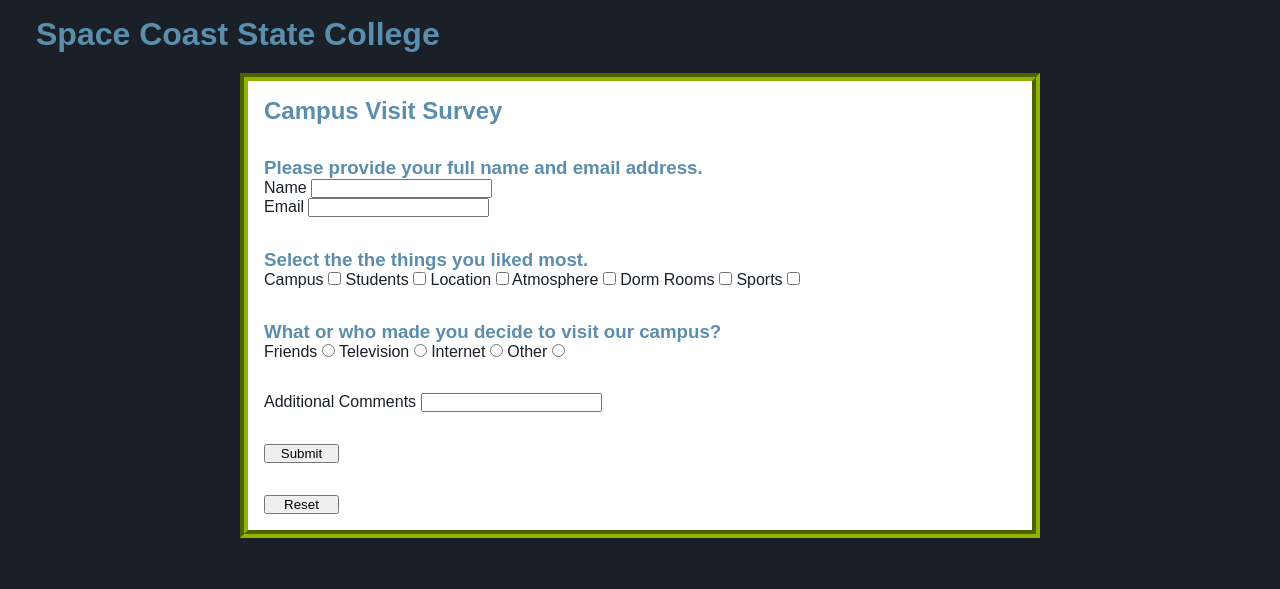
Repository: mlmEFSC21/P2-University-Form
Page: index.html
An editor plug-in stored every save of this project. The page is shown before and after the next save, followed by the edit.
The browser window is 1280 px wide. The pictures show the whole page.
Some web fonts or font styles are not loaded; a fallback is used.

Above is the page before, as saved 2022-01-29 19:11:29.

After the next save:
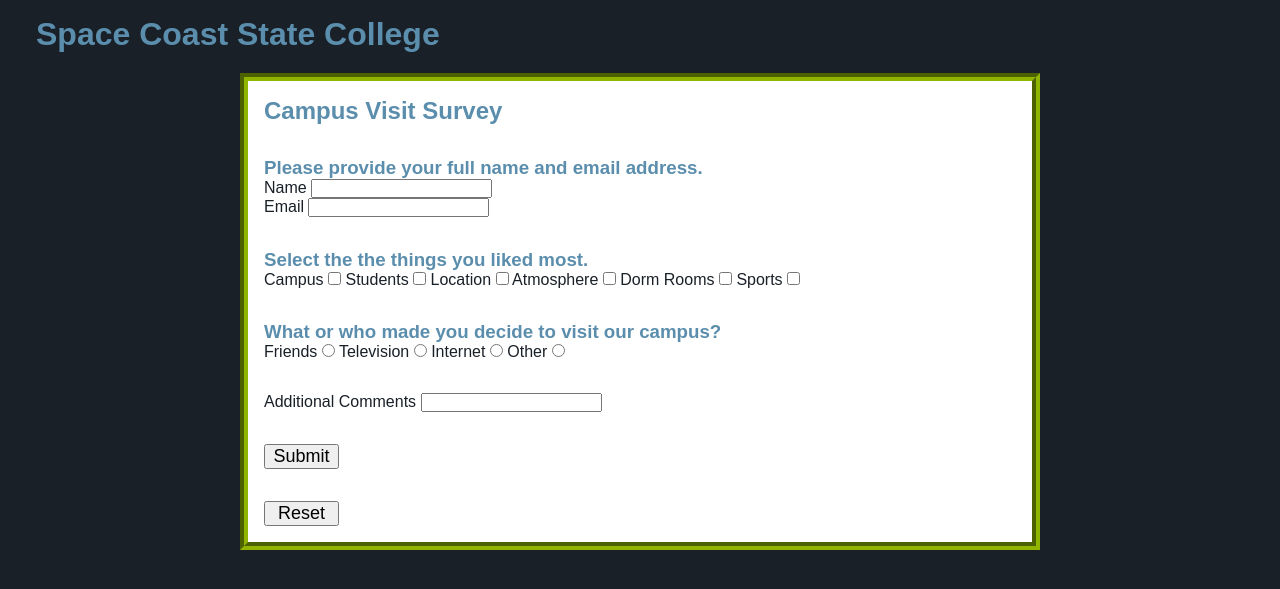
Saved 32 s later.
--- a/uniFormStyles.css
+++ b/uniFormStyles.css
@@ -41,5 +41,5 @@ label {
 }
 button {
     width: 75px;
-    display: inline-block;
+    font-size: large;
 }
